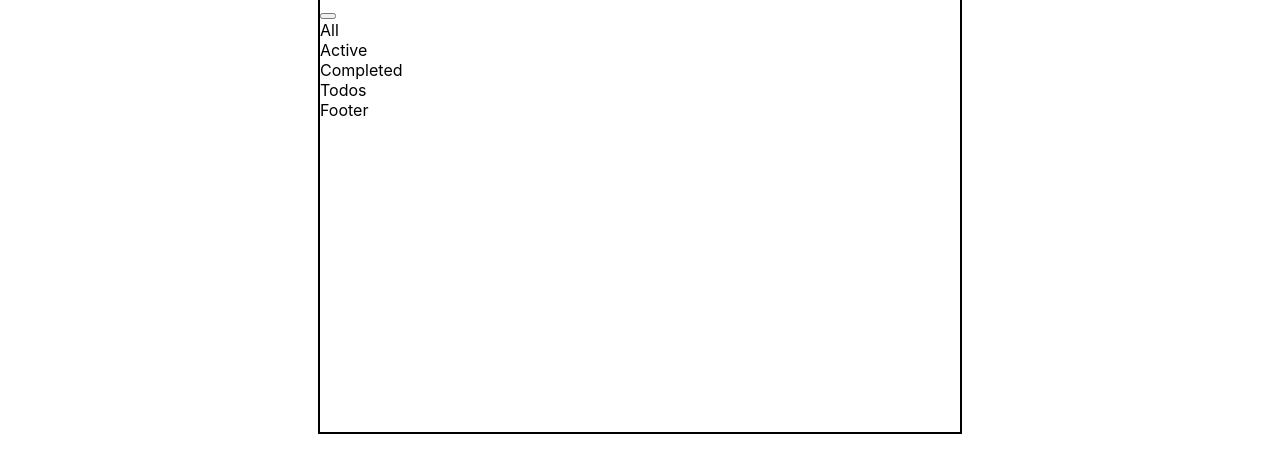
Repository: DongjaJ/React-Todo
Page: / (app in react-todo/)
An editor plug-in stored every save of this project. The page is shown before and after the next save, followed by the edit.
The browser window is 1280 px wide. The pictures show the whole page.
The project was rebuilt for these pictures with package versions that can differ from the ones it lists, and the page was loaded fresh each time.

Above is the page before, as saved 2023-05-15 13:45:38.

After the next save:
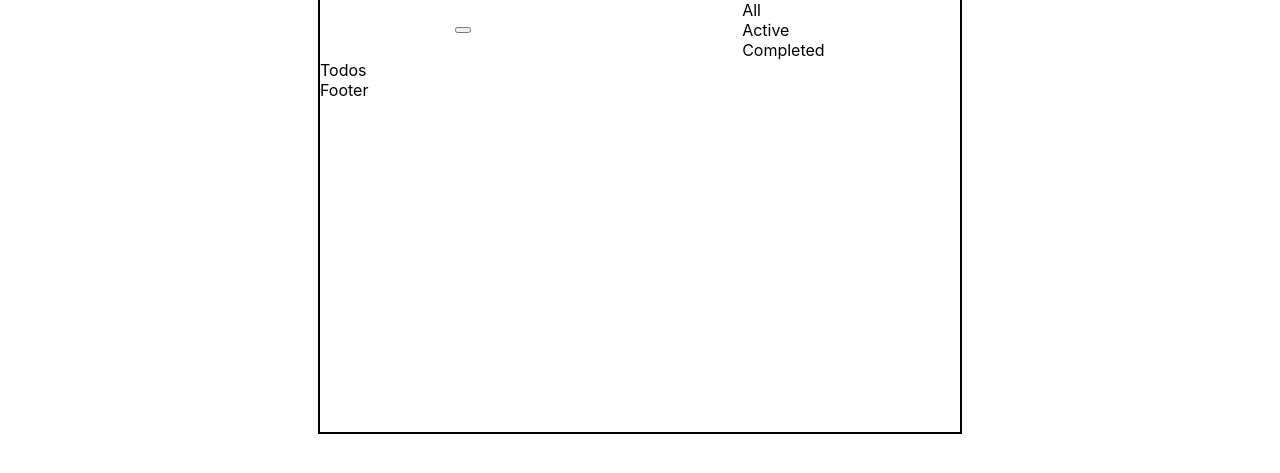
Saved 55 s later.
--- a/react-todo/src/components/Header.jsx
+++ b/react-todo/src/components/Header.jsx
@@ -1,9 +1,10 @@
 import React from 'react';
 import { BsFillSunFill, BsFillMoonFill } from 'react-icons';
+import stlyes from '../styles/Header.module.css';
 
 export default function Header() {
 	return (
-		<div className="header">
+		<div className={stlyes.header}>
 			<button></button>
 			<div className="category-section">
 				<section>All</section>
